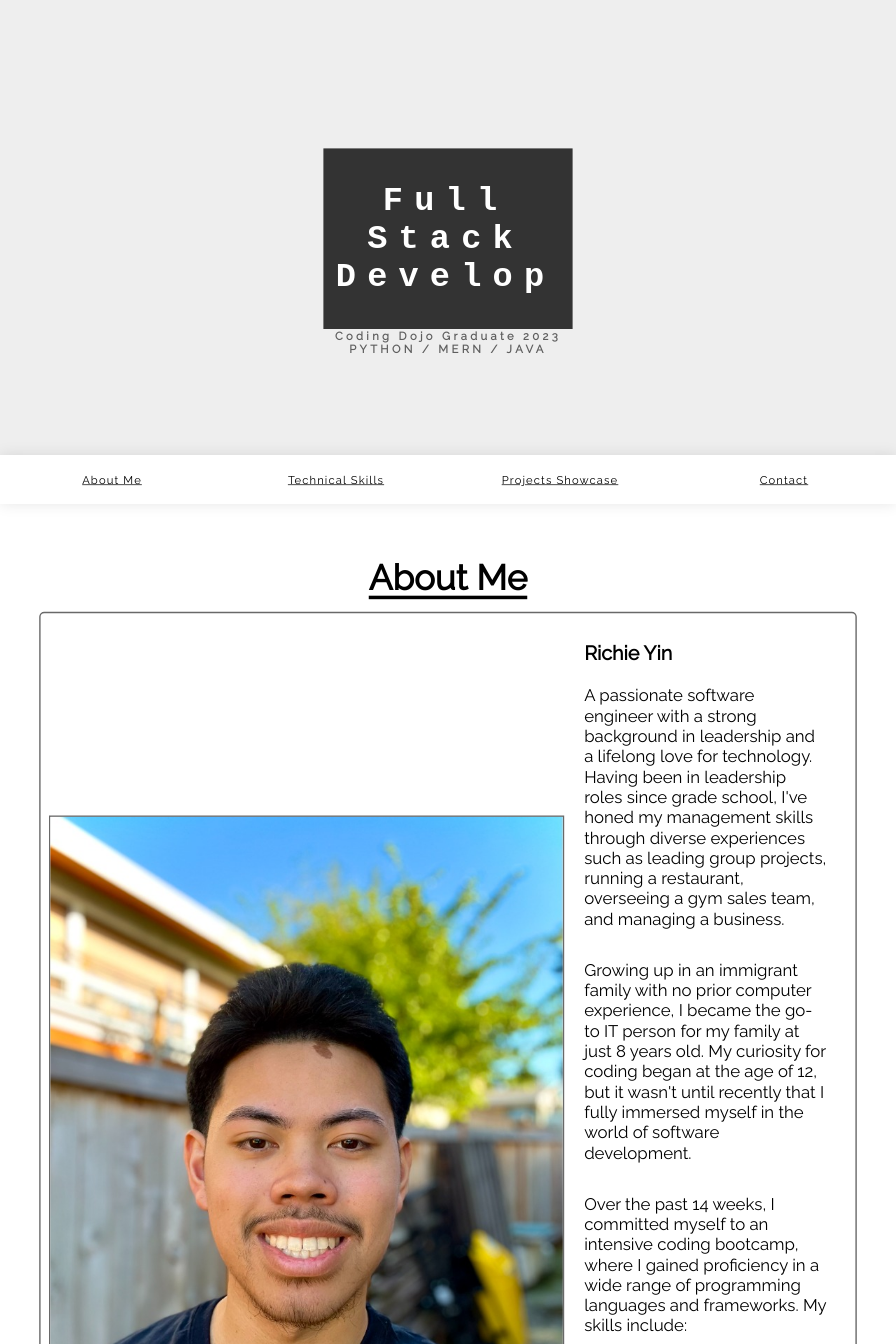
Repository: RICHIE-YIN/Personal-Portfolio
Page: index.html
These files come from the project's save history. The page is drawn as it stood at one moment and after the next save; the edit follows.
The browser window is 1280 px wide. The pictures show the part of the page from y = 0 to 1920 px (the page is 4183 px tall), at 70% of full size.
Some web fonts or font styles are not loaded; a fallback is used.

Above is the page before, as saved 2023-06-12 18:14:21.
Console error: ReferenceError: $ is not defined

After the next save:
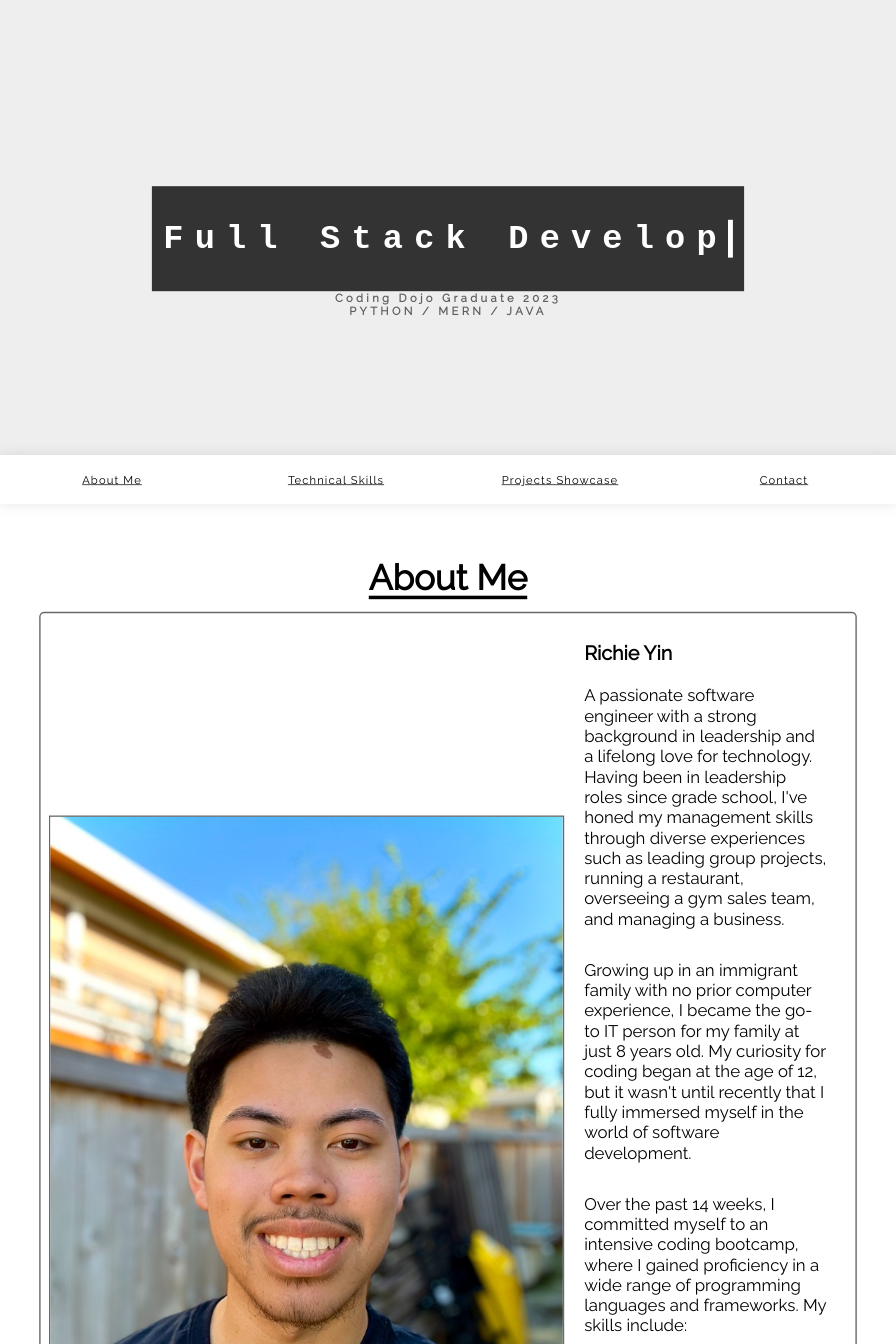
Saved 8 s later.
--- a/styles.css
+++ b/styles.css
@@ -49,7 +49,7 @@ html {
     max-width: 100%;
     white-space: nowrap;
     text-align: center;
-    animation: typing 4s steps(20) infinite, blink-caret 1s step-end infinite;
+    /* animation: typing 4s steps(20) infinite, blink-caret 1s step-end infinite; */
     white-space: pre-wrap;
     word-wrap: break-word;
     flex-grow: 1; /* Add this line */
